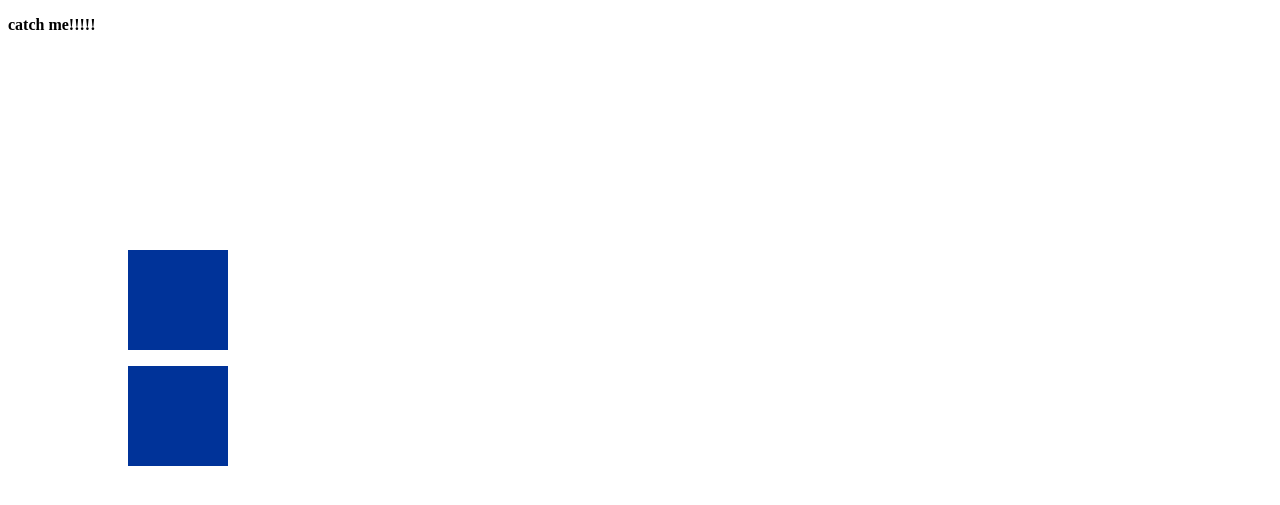
Repository: mong3270/mong3270.github.io
Page: Jenny.html
The author's editor kept a record of every edit. The page is drawn from the files as they stood at one moment, then again after the next edit.
The browser window is 1280 px wide. The pictures show the whole page.

Above is the page before.

### Jenny.html
<!DOCTYPE html>
<html>
<head>
<style>
div {
    width: 100px;
    height: 100px;
    background: red;
    position: relative;
    -webkit-animation: myfirst 5s linear 2s infinite alternate; /* Chrome, Safari, Opera */
    animation: myfirst 5s linear 2s infinite alternate;
}

/* Chrome, Safari, Opera */
@-webkit-keyframes myfirst {
    0%   {background:red; left:0px; top:0px;}
    25%  {background:yellow; left:200px; top:0px;}
    50%  {background:blue; left:200px; top:200px;}
    75%  {background:green; left:0px; top:200px;}
    100% {background:red; left:0px; top:0px;}
}

/* Standard syntax */
@keyframes myfirst {
    0%   {background:red; left:0px; top:0px;}
    25%  {background:yellow; left:200px; top:0px;}
    50%  {background:blue; left:200px; top:200px;}
    75%  {background:green; left:0px; top:200px;}
    100% {background:red; left:0px; top:0px;}
}
</style>
</head>
<body>

<p><b>catch me!!!!!</b> </p>

<div></div>

</body>
</html>

<!DOCTYPE html>
<html>
<head>
<style>
div {
    width: 100px;
    height: 100px;
    background: red;
    position: relative;
    /* Chrome, Safari, Opera */
    -webkit-animation-name: myfirst;
    -webkit-animation-duration: 5s;
    -webkit-animation-timing-function: linear;
    -webkit-animation-delay: 2s;
    -webkit-animation-iteration-count: infinite;
    -webkit-animation-direction: alternate;
    -webkit-animation-play-state: running;
    /* Standard syntax */
    animation-name: myfirst;
    animation-duration: 5s;
    animation-timing-function: linear;
    animation-delay: 2s;
    animation-iteration-count: infinite;
    animation-direction: alternate;
    animation-play-state: running;
}

/* Chrome, Safari, Opera */
@-webkit-keyframes myfirst {
    0%   {background:red; left:0px; top:0px;}
    25%  {background:yellow; left:200px; top:0px;}
    50%  {background:blue; left:200px; top:200px;}
    75%  {background:green; left:0px; top:200px;}
    100% {background:red; left:0px; top:0px;}
}

/* Standard syntax */
@keyframes myfirst {
    0%   {background:red; left:0px; top:0px;}
    25%  {background:yellow; left:200px; top:0px;}
    50%  {background:blue; left:200px; top:200px;}
    75%  {background:green; left:0px; top:200px;}
    100% {background:red; left:0px; top:0px;}
}
</style>
</head>
<body>

<p><b></b> </p>

<div></div>

</body>
</html>

After the next edit:
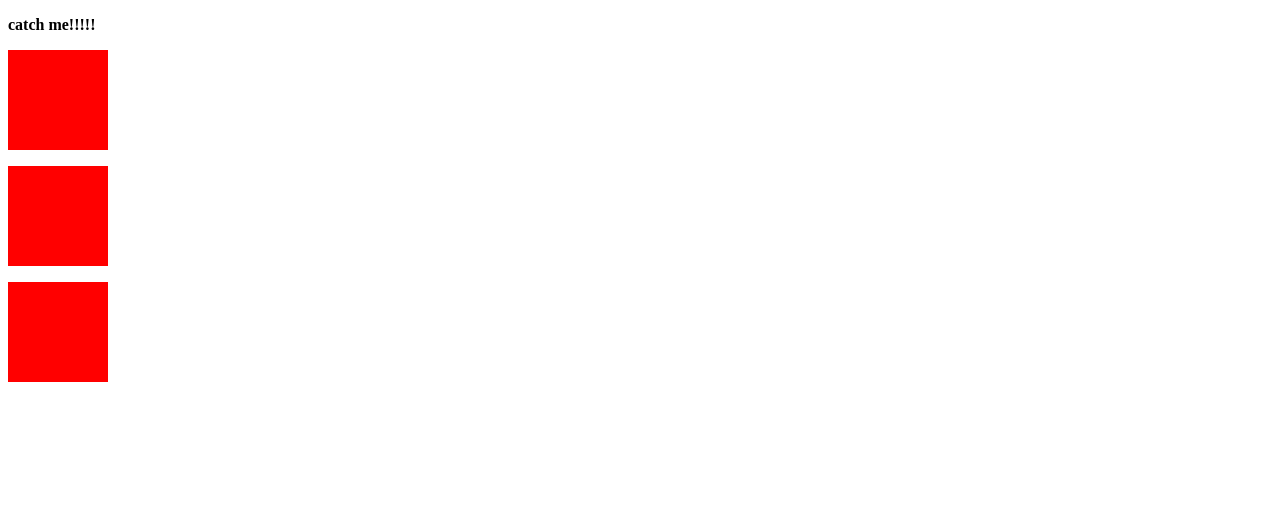
The edit:
--- a/Jenny.html
+++ b/Jenny.html
@@ -93,3 +93,44 @@
 
 </body>
 </html>
+
+<!DOCTYPE html>
+<html>
+<head>
+<style>
+div {
+    width: 100px;
+    height: 100px;
+    background: red;
+    position: relative;
+    -webkit-animation: myfirst 5s; /* Chrome, Safari, Opera */
+    animation: myfirst 5s;
+}
+
+/* Chrome, Safari, Opera */
+@-webkit-keyframes myfirst {
+    0%   {background:red; left:0px; top:0px;}
+    25%  {background:yellow; left:200px; top:0px;}
+    50%  {background:blue; left:200px; top:200px;}
+    75%  {background:green; left:0px; top:200px;}
+    100% {background:red; left:0px; top:0px;}
+}
+
+/* Standard syntax */
+@keyframes myfirst {
+    0%   {background:red; left:0px; top:0px;}
+    25%  {background:yellow; left:200px; top:0px;}
+    50%  {background:blue; left:200px; top:200px;}
+    75%  {background:green; left:0px; top:200px;}
+    100% {background:red; left:0px; top:0px;}
+}
+</style>
+</head>
+<body>
+
+<p><b></b> </p>
+
+<div></div>
+
+</body>
+</html>
